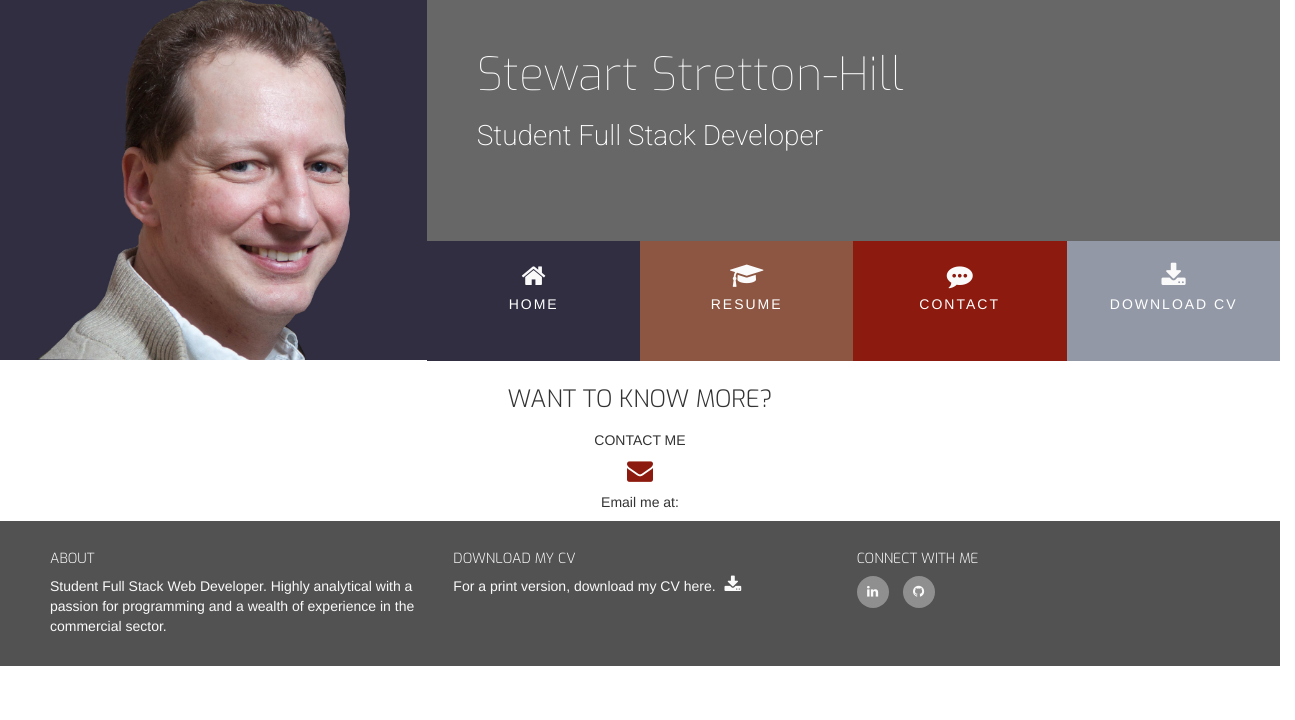
Repository: Shilldon/CV
Page: contact.html
The author's editor kept a record of every edit. The page is drawn from the files as they stood at one moment, then again after the next edit.
The browser window is 1280 px wide. The page is 1295 px wide, so the pictures cover 1295 px, including what lies to the right of the window. The pictures show the whole page.

Above is the page before.

After the next edit:
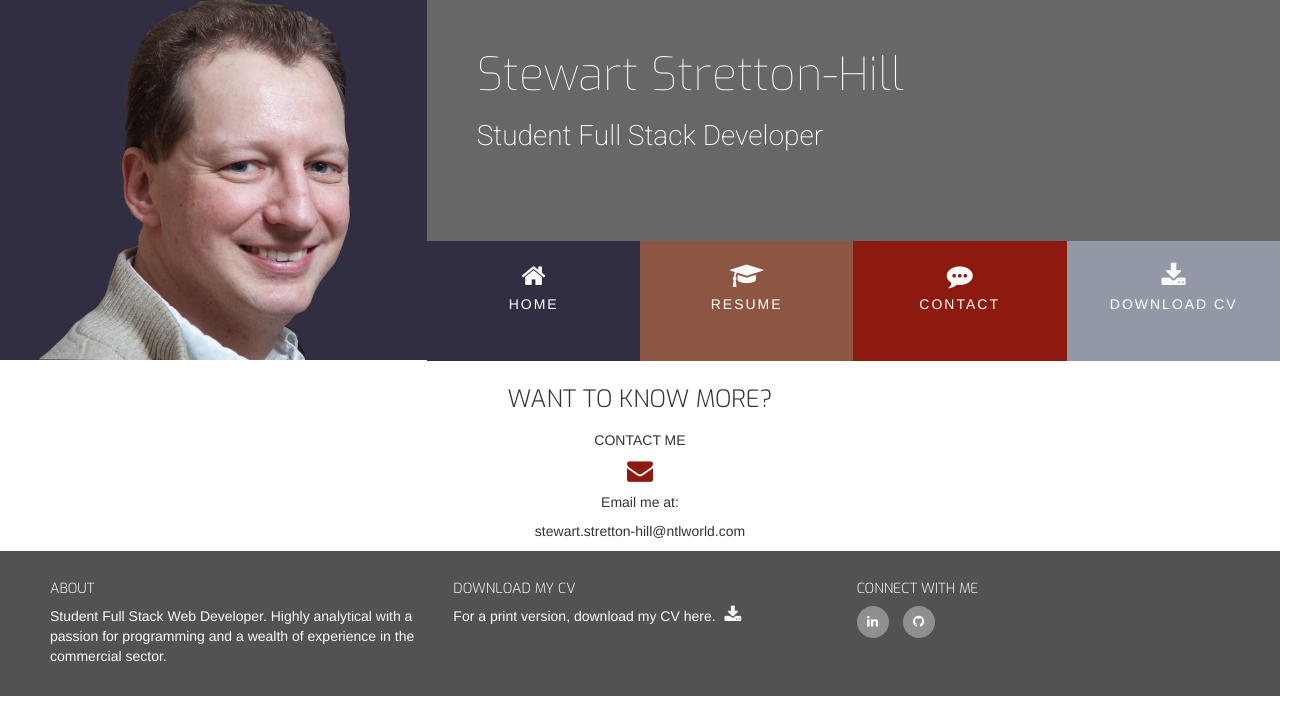
The edit:
--- a/contact.html
+++ b/contact.html
@@ -53,7 +53,7 @@
                 <div class="col-xs-10 col-xs-offset-1 text-center">
                     <i class="three-reasons-icon fa fa-envelope" aria-hidden="true"></i>
                     <h5>Email me at:</h5>
-                    <p></p>
+                    <p>stewart.stretton-hill@ntlworld.com</p>
                 </div>
             </div>
         </div>
